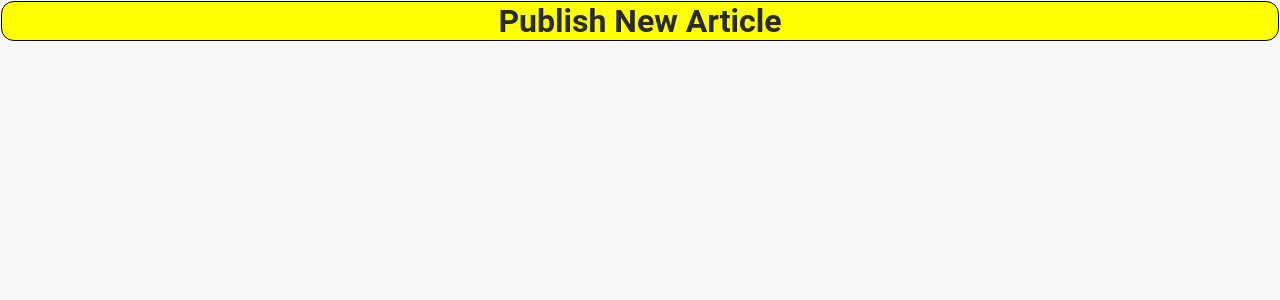
Repository: batmit/publish_articles
Page: /publish
The author's editor kept a copy of each file at every save. The page is drawn from the files as they stood at one save, then again after the next save.
The browser window is 1280 px wide. The pictures show the whole page.
The project was rebuilt for these pictures with package versions that can differ from the ones it lists, and the page was loaded fresh each time. Also part of the build but not shown: src/pages/articles.tsx, src/styles/Home.scss, src/pages/Home.tsx.

Above is the page before, as saved 2021-06-28 22:02:25.

### public/index.html
<!DOCTYPE html>
<html lang="en">
  <head>
    <meta charset="utf-8" />
    <meta name="viewport" content="width=device-width, initial-scale=1" />
    <meta name="theme-color" content="#000000" />
    <meta
      name="description"
      content="Web site created using create-react-app"
    />
    <title>publish_articles</title>
  </head>
  <body>
    <noscript>You need to enable JavaScript to run this app.</noscript>
    <div id="root"></div>
    <!--
      This HTML file is a template.
      If you open it directly in the browser, you will see an empty page.

      You can add webfonts, meta tags, or analytics to this file.
      The build step will place the bundled scripts into the <body> tag.

      To begin the development, run `npm start` or `yarn start`.
      To create a production bundle, use `npm run build` or `yarn build`.
    -->
  </body>
</html>

### src/App.tsx
import React from 'react';
import { BrowserRouter, Route } from 'react-router-dom';
import { Articles } from './pages/articles';


import {Home} from './pages/Home';
import { publish_articles } from './pages/publish_articles';

import './styles/global.scss';



function App() {
  return (

    <BrowserRouter>

      <Route path='/' exact component={Home} />

      <Route path='/articles' component={Articles} />

      <Route path='/publish' component={publish_articles}/>



    </BrowserRouter>

  );
}

export default App;

### src/pages/publish_articles.tsx
export function publish_articles() {
    return (
        <>
            <header>
                <h1>Publish New Article</h1>
            </header>
        </>
    );
}

### src/styles/global.scss
* {
    margin: 0;
    padding: 0;
    box-sizing: boder-box;
}

body{
    background: #f8f8f8;
    color: #29292e;
}

body, input, button, textarea {
    font: 400 16px 'Roboto', sans-serif ; // se não rodar o Roboto pega o sans-serif
}

header {
    text-align: center;
    justify-content: center;
    align-items: center;
    background: yellow;
    border: 1px solid black;
    border-radius: 0.8rem;
    margin: 1px;
}

Loaded but not shown: src/index.tsx (common file)

After the next save:
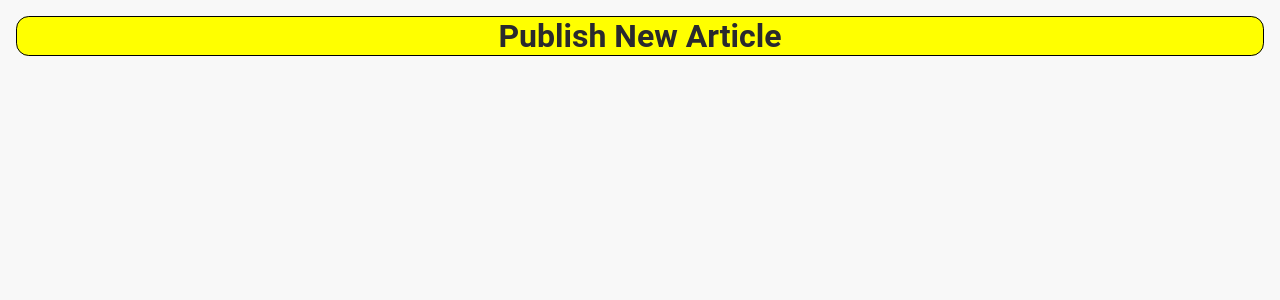
Saved 5 s later.
--- a/src/styles/global.scss
+++ b/src/styles/global.scss
@@ -20,5 +20,5 @@ header {
     background: yellow;
     border: 1px solid black;
     border-radius: 0.8rem;
-    margin: 1px;
+    margin: 1rem;
 }
